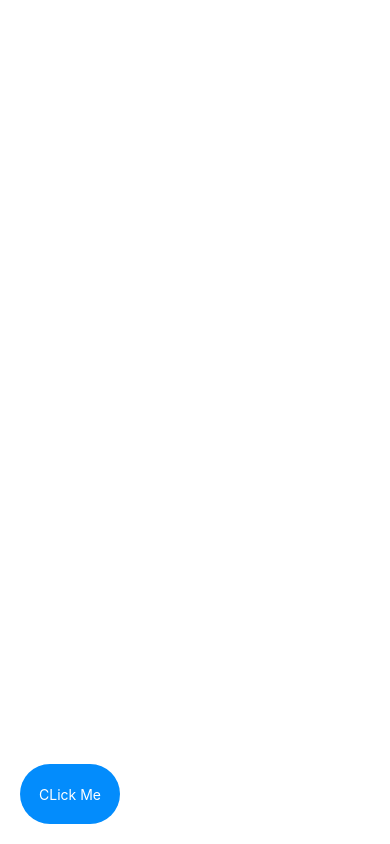
Repository: CodeBunny786/React-Native-Reveal-Animation
Screen: /
These files come from the project's save history. The screen is drawn as it stood at one moment and after the next save; the edit follows.
The app was drawn by React Native's web renderer in a window 390 px wide. The project was rebuilt for these pictures with package versions that can differ from the ones it lists, and the page was loaded fresh each time.

Above is the screen before, as saved 2019-10-28 12:26:20.

### App.js
import React, { Component } from "react";
import { StyleSheet, View, Animated, Text, TouchableWithoutFeedback } from "react-native";

// import { MaterialCommunityIcons as Icon } from "@expo/vector-icons";

export default class animations extends Component {
  state = {
    animation: new Animated.Value(0),
  };
  toggleOpen = () => {
    if (this._open) {
      Animated.timing(this.state.animation, {
        toValue: 0,
        duration: 800,
      }).start();
    } else {
      Animated.timing(this.state.animation, {
        toValue: 1,
        duration: 800,
      }).start();
    }
    this._open = !this._open;
  };
  render() {
    const scaleInterpolate = this.state.animation.interpolate({
      inputRange: [0, 1],
      outputRange: [0, 50],
    });

    const bgStyle = {
      transform: [
        {
          scale: scaleInterpolate,
        },
      ],
    };
    return (
      <View style={styles.container}>
        <Animated.View style={[styles.background, bgStyle]} >

        </Animated.View>

        <TouchableWithoutFeedback onPress={this.toggleOpen}>
          <View style={[styles.button, styles.pay]}>
             <Text style={styles.payText}>CLick Me</Text>
          </View>
        </TouchableWithoutFeedback>
      </View>
    );
  }
}

const styles = StyleSheet.create({
  container: {
    flex: 1,
  },
  background: {
    backgroundColor: "#038cfc",
    position: "absolute",
    width: 80,
    height: 60,
    bottom: 20,
     right: 20,
     left:20,
    borderRadius: 30,
  },
  button: {
    width: 100,
    height: 60,
    alignItems: "center",
    justifyContent: "center",
    shadowColor: "blue",
    shadowOpacity: .2,
    shadowOffset: { x: 2, y: 0 },
    shadowRadius: 12,
    borderRadius: 30,
    position: "absolute",
    bottom: 20,
    // right: 20,
    right: 20,
     left:20,
  },
  other: {
    backgroundColor: "#FFF",
  },
  payText: {
    color: "#FFF",
  },
  pay: {
    backgroundColor: "#038cfc",
  },
  label: {
    color: "#FFF",
    position: "absolute",
    fontSize: 18,
    backgroundColor: "transparent",
  },
});

After the next save:
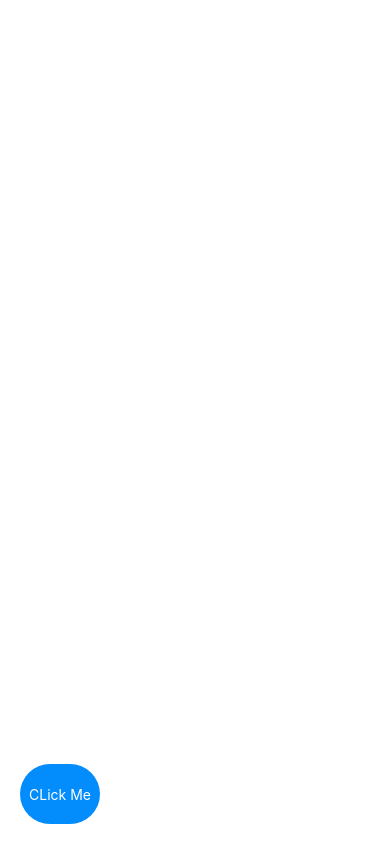
Saved 10 s later.
--- a/App.js
+++ b/App.js
@@ -65,7 +65,7 @@ const styles = StyleSheet.create({
     borderRadius: 30,
   },
   button: {
-    width: 100,
+    width: 80,
     height: 60,
     alignItems: "center",
     justifyContent: "center",
